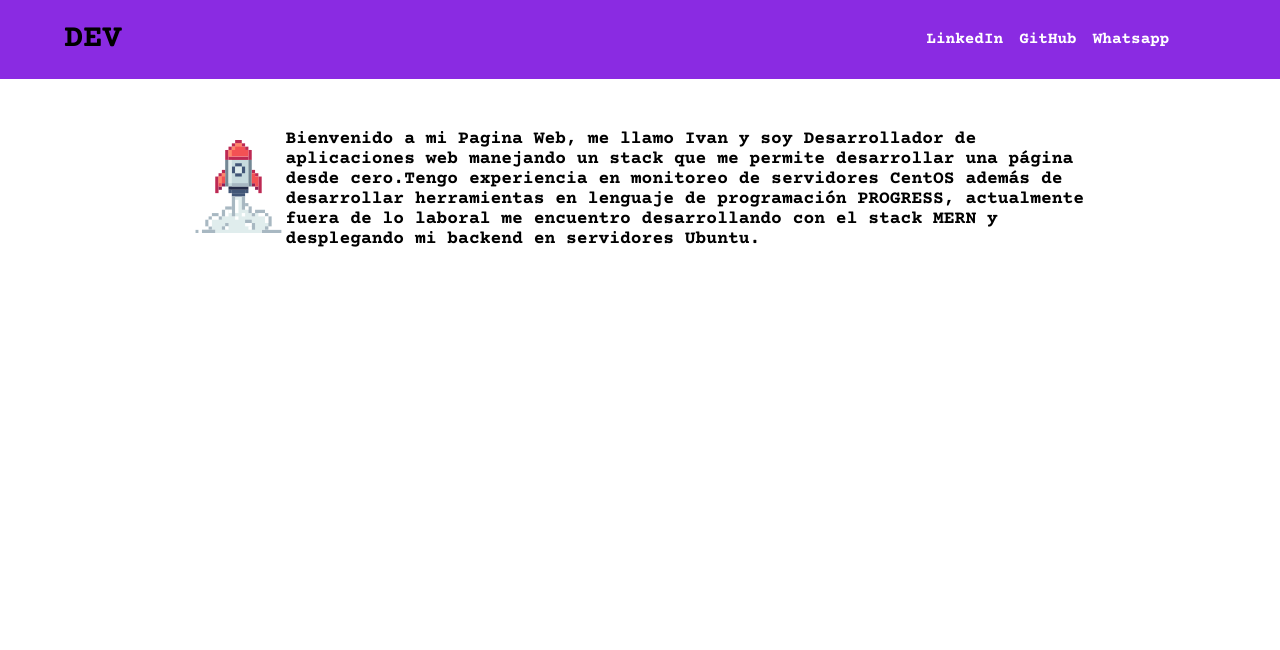
Repository: FxIvan/myweb
Page: /
The author's editor kept a copy of each file at every save. The page is drawn from the files as they stood at one save, then again after the next save.
The browser window is 1280 px wide. The pictures show the whole page.
The project was rebuilt for these pictures with package versions that can differ from the ones it lists, and the page was loaded fresh each time.

Above is the page before, as saved 2022-11-03 11:14:15.

### public/index.html
<!DOCTYPE html>
<html lang="en">
  <head>
    <meta charset="utf-8" />
    <link rel="icon" href="%PUBLIC_URL%/favicon.ico" />
    <meta name="viewport" content="width=device-width, initial-scale=1" />
    <meta name="theme-color" content="#000000" />
    <meta
      name="description"
      content="Web site created using create-react-app"
    />
    <link rel="apple-touch-icon" href="%PUBLIC_URL%/logo192.png" />
    <!--
      manifest.json provides metadata used when your web app is installed on a
      user's mobile device or desktop. See https://developers.google.com/web/fundamentals/web-app-manifest/
    -->
    <link rel="manifest" href="%PUBLIC_URL%/manifest.json" />
    <!--
      Notice the use of %PUBLIC_URL% in the tags above.
      It will be replaced with the URL of the `public` folder during the build.
      Only files inside the `public` folder can be referenced from the HTML.

      Unlike "/favicon.ico" or "favicon.ico", "%PUBLIC_URL%/favicon.ico" will
      work correctly both with client-side routing and a non-root public URL.
      Learn how to configure a non-root public URL by running `npm run build`.
    -->
    <title>My Web |Almendra Ivan 2022</title>
    <!--FONTS GOOGLE-->
    <link rel="preconnect" href="https://fonts.googleapis.com">
    <link rel="preconnect" href="https://fonts.gstatic.com" crossorigin>
    <link href="https://fonts.googleapis.com/css2?family=Courier+Prime:wght@700&display=swap" rel="stylesheet">
  </head>
  <body>
    <noscript>You need to enable JavaScript to run this app.</noscript>
    <div id="root"></div>
    <!--
      This HTML file is a template.
      If you open it directly in the browser, you will see an empty page.

      You can add webfonts, meta tags, or analytics to this file.
      The build step will place the bundled scripts into the <body> tag.

      To begin the development, run `npm start` or `yarn start`.
      To create a production bundle, use `npm run build` or `yarn build`.
    -->
  </body>
</html>

### src/index.js
import React from 'react';
import ReactDOM from 'react-dom/client';
import './index.css';
import App from './App';
import reportWebVitals from './reportWebVitals';
import { BrowserRouter } from 'react-router-dom';


const root = ReactDOM.createRoot(document.getElementById('root'));
root.render(
  <React.StrictMode>
    <App />
  </React.StrictMode>
);

// If you want to start measuring performance in your app, pass a function
// to log results (for example: reportWebVitals(console.log))
// or send to an analytics endpoint. Learn more: https://bit.ly/CRA-vitals
reportWebVitals();

### src/App.js
import { Routes, Route, HashRouter} from "react-router-dom";
import { Header } from "./component/header/header";

function App() {
  return (
    <HashRouter>
    <Routes>
        <Route path="/" element={<Header/>} />
    </Routes>
    </HashRouter>
  );
}

export default App;

### src/component/header/header.js
import React from 'react'
import '../css/header.css'
import { Section1 } from '../section1/section1'


export const Header = () =>{
    return(
        <div>
        <header>
            <div className='container-header'>
                <div className='subcontainer-header'>
                    <div className='container-header-logo'>
                        <h1>DEV</h1>
                    </div>
                    <div className='container-header-link'>
                        <ul>
                            <li><a href='https://www.linkedin.com/in/devalmendra/' target='_blanck'>LinkedIn</a></li>
                            <li><a href='https://github.com/FxIvan' target='_blanck'>GitHub</a></li>
                            <li><a href='https://api.whatsapp.com/send/?phone=541136887781&text&type=phone_number&app_absent=0' target='_blanck'>Whatsapp</a></li>
                        </ul>
                    </div>
                </div>
            </div>
        </header>
        <section>
            <div>
                <Section1/>
            </div>
        </section>
        </div>
    )
}

### src/component/css/header.css
@media only screen and (min-width: 701px) {
*{
    font-family: 'Courier Prime', monospace;
}

header{
    background-color: blueviolet;
}

.container-header{
    margin: auto;
}

.subcontainer-header{
    display: flex;
    width: 90%;
    margin: auto;
    align-items: center;
}

.container-header-logo{
    width: 70%;
}
.container-header-link{
    width: 30%;
}
.container-header-link ul, a{
    display: flex;
    text-decoration: none;
    list-style: none;
    font-family: 'Courier Prime', monospace;
    font-weight: bolder;
    font-size: 16px;
    color: white;
}

.container-header-link ul li{
    margin-left: 1rem;
}

.container-presentacion{
    width: 70%;
    margin: auto;
    margin-top: 2rem;
    align-items: center;
    display: flex;
}

.container-presentacion .presentacion-img{
   margin-right: 2rem;
}

.pesentacion-img img{
    width: 100%;
}

.presentacion-text p{
    font-size: 18px;
}
}

@media only screen and (max-width: 700px) {
    *{
        font-family: 'Courier Prime', monospace;
    }

    header{
        background-color: blueviolet;
    }

    .container-header{
        width: 90%;
        margin: auto;
    }

    .subcontainer-header{
        display: flex;
    }

    .container-header-logo{
       width: 50%;
    }
    .container-header-link{
       width: 40%;
    }
    .container-header-link ul, a{
        list-style: none;
        text-decoration: none;
    }

    .container-header-link ul li{

    }

    .container-presentacion{
        width: 100%;
        text-align: center;
        margin-top: 1rem;
    }

    .pesentacion-img{
        width: 30%;
        margin: auto;
    }
    .pesentacion-img img{
        width: 100%;
    }

    .presentacion-text{
        width: 100%;
    }
    .presentacion-text p{
      font-size: 12px;
      width: 100%;
    }
}

### src/component/section1/section1.js
import React from 'react'
import cohete from '../../media/img/coheteSection.svg'
import '../css/header.css'


export const Section1 = () =>{
    return(
        <div>
            <div className='container-presentacion'>
                <div className='pesentacion-img'>
                    <img src={cohete}/>
                </div>
                <div className='presentacion-text'>
                    <div>
                        <p>Bienvenido a mi Pagina Web, me llamo Ivan y soy Desarrollador de aplicaciones web manejando un stack que me permite desarrollar una página desde cero.Tengo experiencia en monitoreo de servidores CentOS además de desarrollar herramientas en lenguaje de programación PROGRESS, actualmente fuera de lo laboral me encuentro desarrollando con el stack MERN y desplegando mi backend en servidores Ubuntu. </p>
                    </div>
                </div>
            </div>
        </div>
    )
}

Loaded but not shown: src/index.css (common file); src/reportWebVitals.js (common file)

After the next save:
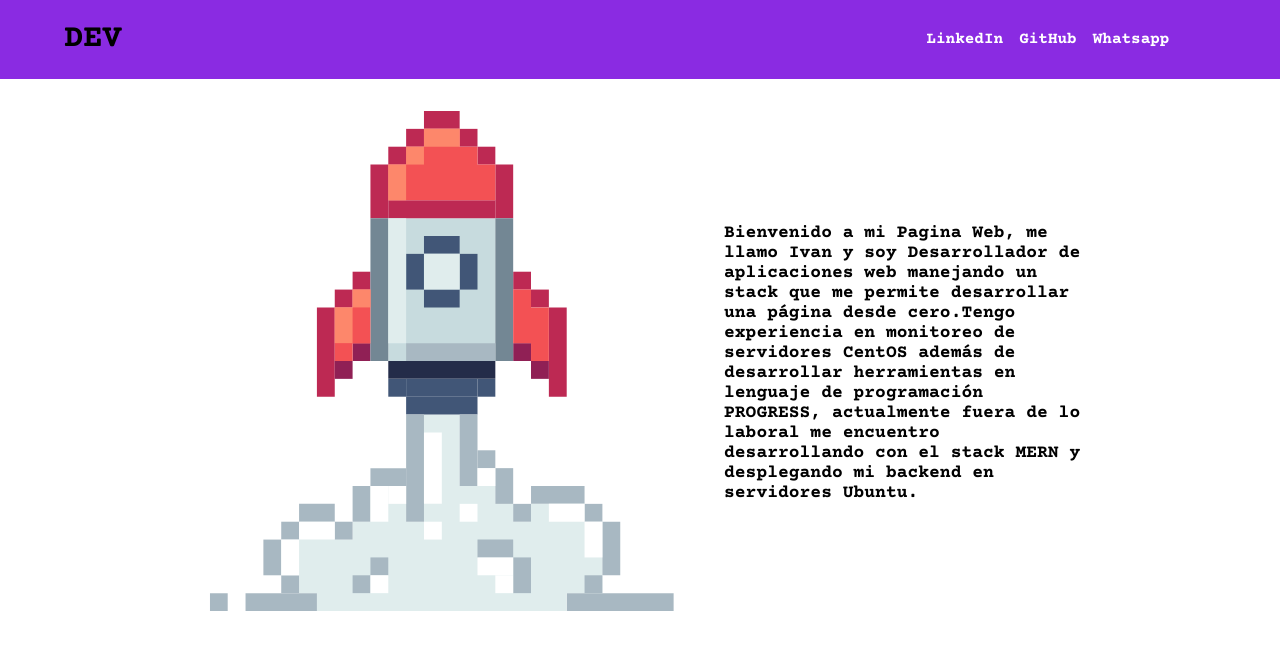
Saved 32 s later.
--- a/src/component/section1/section1.js
+++ b/src/component/section1/section1.js
@@ -7,7 +7,7 @@
     return(
         <div>
             <div className='container-presentacion'>
-                <div className='pesentacion-img'>
+                <div className='presentacion-img'>
                     <img src={cohete}/>
                 </div>
                 <div className='presentacion-text'>
